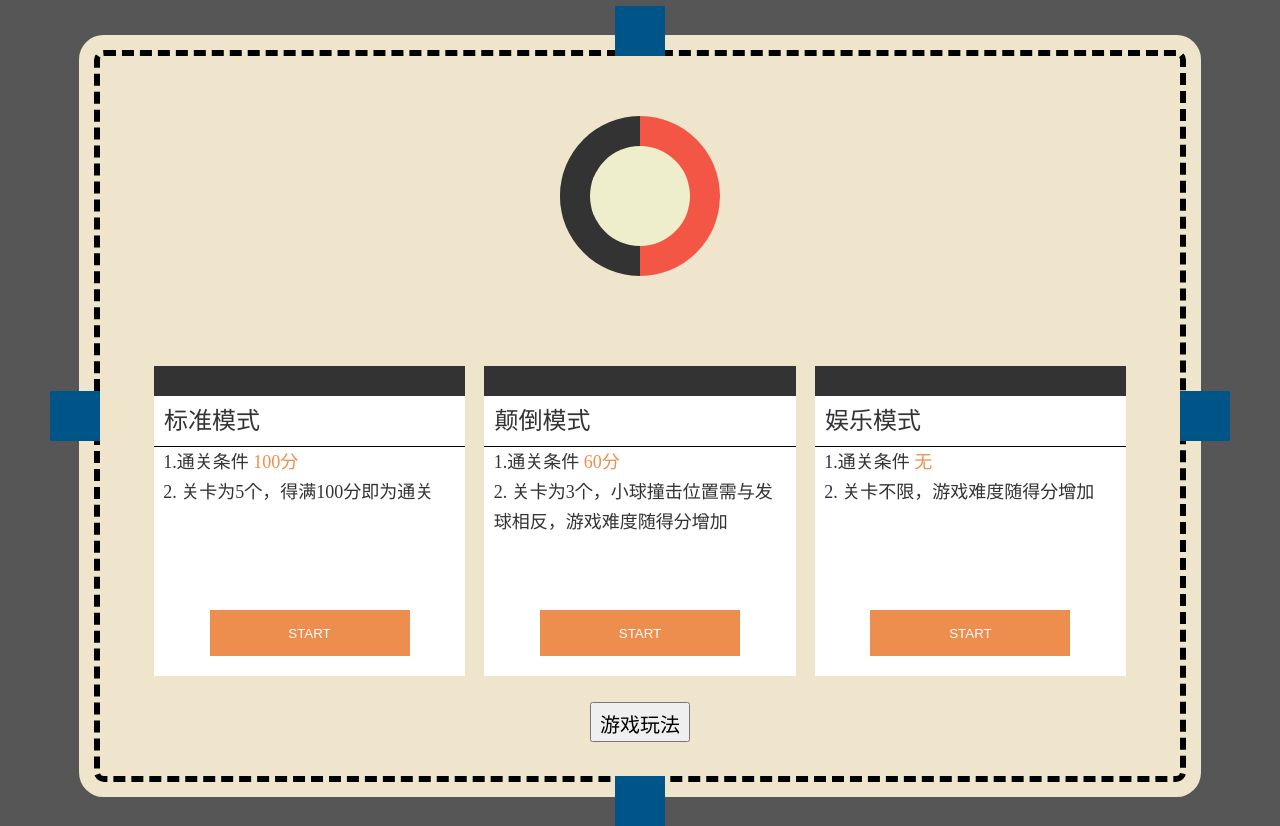
Repository: EEETA/ball-game
Page: theBall2/index.html
The author's editor kept a copy of each file at every save. The page is drawn from the files as they stood at one save, then again after the next save.
The browser window is 1280 px wide. The pictures show the whole page.

Above is the page before, as saved 2018-08-04 00:17:39.

### theBall2/index.html
<!DOCTYPE html>
<html lang="en">
<head>
    <meta charset="UTF-8">
    <title>theBall</title>
	<link rel="stylesheet" href="style/index.css">
    <script src="js/jquery-1.8.3.min.js"></script>
	<script src="js/jquery.rotate.min.js"></script>
</head>
<body>
    <section class="box">
        <!-- 旋转div -->
        <section class="ball ballZhuan">
            <div class="redPart_box">
                <div class="redPart"></div>
            </div>
            <div class="blackPart_box">
                <div class="blackPart"></div>
            </div>
            <div class="middlePart"></div>
        </section>
        <div class="ball2"></div>

        <section class="idx_pattern">
            <!-- 主界面-游戏模式 -->
        </section>
        <section class="idx_intro">
            <!-- 主界面-游戏玩法 -->
        </section>

        <section class="game_mask">
        <!-- 游戏界面-娱乐模式遮罩提示层 -->
        </section>
        <div class="arrow">
            <!-- 升级效果 -->
        </div>
        <section class="game_shootBox">
            <!-- 游戏界面-小球发射台 -->
        </section>
        <section class="game_fraction">
            <!-- 游戏界面-分数血量显示 -->
        </section>
        <section class="game_hanlder">
            <!-- 游戏界面-结束模块 -->
        </section>
    </div>

    <script src="data/data.js"></script>
    <script>
        const patternLen = pattern.length;
        const idxPattern = document.querySelector('.idx_pattern');
        const idxIntro = document.querySelector('.idx_intro');
        const gameShootBox = document.querySelector('.game_shootBox');
        const gameFraction = document.querySelector('.game_fraction');
        const gameHanlder = document.querySelector('.game_hanlder');
        const gameMask = document.querySelector('.game_mask');
        var my=[];
        /*主界面-游戏模式*/
        for(var i=0;i<patternLen;i++){
            let idxPatternMain=`<div class="playWrap">
                                    <div class="playTit"> ${pattern[i].patternName} </div>
                                    <div class="playIntroduce">
                                        <div class="playIntroduceTxt">1.通关条件 <span style="color:#EE8E4E"> ${pattern[i].explain.condition} </span></div>
                                        <div class="playIntroduceTxt">2. ${pattern[i].explain.produce} </div>
                                    </div>
                                    <button class="start">START</button>
                                </div>`
            idxPattern.innerHTML+=idxPatternMain;
        }
        /*主界面-游戏玩法*/
        let produceTxt=`<div class="introTxt">
                            <div>
                                1.按空格键/AD可旋转 <img src="img/img1.png" alt="" class="sizeOne">
                            </div>
                            <div>
                                2.当<img src="img/img2.png" alt="" class="sizeOne">掉落时,根据模式将 <img src="img/img1.png" alt="" class="sizeOne"> 旋转到对应的颜色即可得1分,反之<span style="color:red">HP-1</span>
                            </div>
                            <div>
                                3.进入游戏后，每个玩家血量为5,右上角为分数面板 <img src="img/img3.png" alt="" class="sizeTwo"> 左侧为当前分数,右侧为当前关卡上限,分数达到上限即可进入下一关
                            </div>
                        </div>
                        <button class="introTxtBtn">游戏玩法</button>`
        idxIntro.innerHTML=produceTxt;



        /*游戏界面-小球发射台*/
        let gameShootBoxMain=`  <div class="launcher launT">

                                </div>
                                <div class="launcher launB">

                                </div>
                                <div class="launcher launL">

                                </div>
                                <div class="launcher launR">

                                </div>`
        gameShootBox.innerHTML+=gameShootBoxMain;

        /*游戏界面-小球发射台*/
        // let gameShootBoxMain=`<div class="top div_middle">
        //                             <div class="div_middle"></div>
        //                         </div>
        //                         <div class="bottom div_middle">
        //                             <div class="div_middle"></div>
        //                         </div>
        //                         <div class="left div_middle">
        //                             <div class="div_middle"></div>
        //                         </div>
        //                         <div class="right div_middle">
        //                             <div class="div_middle"></div>
        //                         </div>`
        // gameShootBox.innerHTML+=gameShootBoxMain;


        /*游戏界面-分数血量显示*/
        let gameFractionMain=`<div class="life">HP:
                                    <div class="hp_div">
                                        <div class="hp_div_main"></div>
                                    </div>
                                </div>
                                <div class="fraction">
                                    <span class="fraction_left"></span>
                                    /
                                    <span class="fraction_right"></span>
                                </div>`
        gameFraction.innerHTML=gameFractionMain;
        /*游戏界面-结束模块*/
        let gameHanlderMain=`<div class="interface">
                                <div class="over">Game Over</div>
                                <div class="success">成功通关</div>
                            </div>
                            <div class="button_box">
                                <button class="button_left">再玩一次</button>
                                <button class="button_right">返回大厅</button>
                            </div>`
        gameHanlder.innerHTML=gameHanlderMain;
        /*游戏界面-娱乐模式遮罩提示层*/
        let gameMaskMain=`<div class="Mask_span">
                                <span>按A键向左转</span>
                                <span>按D键向右转</span>
                            </div>
                            <span class="Mask_p">- 按空格键继续 -</span>`
        gameMask.innerHTML=gameMaskMain;
    </script>
    <script src="js/index.js"></script>
    <script src="js/animation.js"></script>
</body>
</html>

### theBall2/style/index.css
@charset "UTF-8";
html{background: #565656;}
body{-webkit-user-select:none;-moz-user-select:none;-ms-user-select:none; user-select:none;}
input{border: none;outline: none;-webkit-tap-highlight-color: #000000;-webkit-tap-highlight-color: rgba(0, 0, 0, 0);}
button{outline: none;}

.box{
    position: relative;
    margin: 50px auto 0;
    /* overflow: hidden; */
    width: 1080px;
    height: 720px;
    background: #eee5cc;
    border: 6px dashed #000;
    box-shadow: 0 0 0 15px #eee5cc;
    border-radius: 10px;
}
/*两种小球制作*/
.ball{
    position: relative;
    width: 160px;
    height: 160px;
    margin:60px auto 0;
    /* transform:rotate(0deg);
    -ms-transform:rotate(0deg);
    -moz-transform:rotate(0deg);
    -webkit-transform:rotate(0deg);
    -o-transform:rotate(0deg); */
    opacity:1
}
.redPart_box,.blackPart_box{
    height: 50%;
    overflow:hidden;
}
.redPart,.blackPart{
    position: relative;
    height: 160px;
    width: 160px;
    border-radius:50%
}
.redPart{background: #f45646;}
.blackPart{background: #333;top:-100%}
/* .redPart{background: #ff9b9b;}
.blackPart{background: #2aa1a7;top:-100%} */
.middlePart{
    position: absolute;
    left: 30px;
    top: 30px;
    width: 100px;
    height:100px;
    border-radius: 50%;
    background:#eec;
}
.ballZhuan{
    animation-name:rotate;
    animation-iteration-count: infinite;
    animation-duration: 4s;
    animation-timing-function: linear;
}
@keyframes rotate{
    0%{
        transform:rotate(0deg)
    }
    100%{
         transform:rotate(360deg)
    }
}


.ball2{
    width: 0;
    height: 0;
    border-top:20px solid #f45646;
    border-bottom: 20px solid #333;
    border-left:20px solid #efa97a;
    border-right:20px solid #6dd3ce;
    border-width: 86px;
    position: absolute;
    top: calc(50% - 85px);
    left: calc(50% - 85px);
    opacity: 0;
    /* z-index: 10;
    transform:rotate(0deg); */
    border-radius: 50%;
}

/*小球发射*/
.launcher{
    position: absolute;
    margin: 0 auto;
    width: 50px;
    height: 50px;
    background: #058;
}
.launT{left: 0;right: 0;top: -50px;}
.launB{left: 0;right: 0;bottom: -50px;}
.launL{top: 50%;margin-top: -25px;left: -50px}
.launR{top: 50%;margin-top: -25px;right: -50px}
.launchBall{
    position: absolute;
    width: 100%;
    height:100%;
    background:#f45646;
    border-radius: 50%;
}


/*成功击中扩散动画*/
.ball_middle{
    height: 75px;
    width:75px;
    border-radius: 50%;
    background: #333;
    opacity:0.5;
    position: absolute;
    top: calc(50% - 37px);
    left:calc(50% - 37px);
}

.game_fraction{
    width: 100%;
    height: 80px;
    top:50px;
    position: absolute;
    display: none;
}
.life{width: 60%;height: 100%;display: inline-block;line-height: 80px;text-indent: 10px;color:#f00;}
.fraction{width: 30%;height: 100%;text-align: center;line-height: 80px;float: right;margin-right: 10px;font-size: 30px;}
.fraction span{color:#333;}
.firworks{width: 4px;height: 4px;position: absolute;border-radius: 50%}
.over,.success{position: absolute;top:43%;font-size: 60px;opacity:0;z-index: 30;width: 100%;text-align: center;}
.arrow{height: 300px;width: 500px;position: absolute;top: calc(50% - 150px);left: calc(50% - 250px);}
.arrow span{font-size: 30px;color: #333;position: absolute;left: calc(50% - 145px);top: 150px;opacity: 0;height: 100px;width: 300px;text-align: center;}
 .img{height:80px;width: 30px;position: absolute;}



.button_box{
    position: absolute;
    left:0;
    right:0;
    bottom:45px;
    margin:0 auto;
    width: 380px;
    display: none;
    opacity: 0;
}
.button_left,.button_right{
    height: 46px;
    width: 150px;
    background:#333;
    border-radius:3px;
    font-size: 24px;
    color:#fff;
    cursor:pointer;
    border:none;
}
.button_left:hover,.button_right:hover{background: #f45646;}
.button_left{float:left;}
.button_right{float:right;}


/************************************游戏玩法***********************************/
.introTxtBtn{
    position: absolute;
    bottom: 34px;
    font-size: 20px;
    cursor:pointer;
    z-index: 1000;
    left: calc(50% - 50px);
    height: 40px;
    width: 100px;
    text-align: center;
    line-height: 40px
}
.introTxtBtn:hover{
    background: #333;
    color: #fff;
}
.introTxt{
    width: 500px;
    height: 530px;
    left: calc(50% - 250px);
    top: calc(50% - 300px);
    line-height: 40px;
    background: #fff;
    border-radius: 5px;
    display: none;
    z-index: 1001;
    position: absolute;
}
.sizeOne,.sizeTwo{
    position:relative;
    top: 10px;
}
.sizeOne{width: 40px;}
.sizeTwo{width: 80px;}
.introTxt div{margin:30px auto;width: 90%;font-size: 24px}
.introTxt p{display: inline-block;}



.hp_div{display: inline-block;width: 180px;height: 40px;border:1px solid red;vertical-align:middle;border-radius: 4px;}
.hp_div_main{height: 100%;width: 100%;background: red;border-radius: 3px;}


.game_mask{
    display: none;
    position: absolute;
    width: 100%;
    height: 100%;
    top: 0;
    left: 0;
    background: rgba(51,51,51,.5);
    font-size: 30px;
    color: #fff;
    z-index: 1;
}
.Mask_span{
    position: absolute;
    top:calc(50% - 100px);
    opacity: 1;
    width: 100%;
    text-align: center;
    line-height: 100px;
}
.Mask_span span{
    display: block;
}
.Mask_p {
    position: absolute;
    bottom: 150px;
    width: 100%;
    text-align: center;
    font-size:40px;
    color: #000;
    animation-name:opacity;
    animation-iteration-count: infinite;
    animation-duration: 1.8s;
}
@keyframes opacity{
    0%{
        opacity:0
    }
    50%{
        opacity: 1
    }
    100%{
        opacity:0
    }
}


/*playFour*/
.idx_pattern{
    overflow:auto;
    position: relative;
    margin: 0 auto;
    width: 90%;
    margin-top: 90px;
}
.playWrap{
    overflow: hidden;
    position: relative;
    float:left;
    width: 32%;
    height: 280px;
    background:#fff;
    color:#333;
    border-top: 30px solid;
}
.playWrap:nth-child(2){margin: 0 2%;}
.playWrap:hover{
    background: rgba(255,255,255,.7)
}
.playTit{
    /* width: 100%; */
    border-bottom: 1px solid #000;
    font-size: 24px;
    line-height: 50px;
    text-indent: 10px;
}
.playIntroduce{
    font-size: 18px;
    text-align: left;
    line-height: 30px;
    margin: 0 auto;
    width: 94%;
}
.start{
    position:absolute;
    bottom:0;
    left:0;
    right:0;
    width: 200px;
    height: 46px;
    background: #EE8E4E;
    color: #fff;
    outline: none;
    margin: 0 auto 20px;
    cursor: pointer;
    border: none;
}
.start:hover{background: rgba(51,51,51,1)}

### theBall2/data/data.js

/*
patternName：模式名称
explain：游戏说明
condition：过关条件
produce：关卡介绍
tip：其他
*/
var pattern=[
    {
        patternName:'标准模式',
        explain:{
            condition:'100分',
            produce:'关卡为5个，得满100分即为通关',
            tip:''
        }
    },
    {
        patternName:'颠倒模式',
        explain:{
            condition:'60分',
            produce:'关卡为3个，小球撞击位置需与发球相反，游戏难度随得分增加',
            tip:''
        }
    },
    {
        patternName:'娱乐模式',
        explain:{
            condition:'无',
            produce:'关卡不限，游戏难度随得分增加',
            tip:''
        }
    }
]
var gameInit=[
    {
        hp:1,
        hp_box:10,
        fraction:0,
        toplimit:10,

    }
]
// var gameHanlder={
//     gameOver="Game Over",
//     gameSuccess="游戏通关",
// }

### theBall2/js/animation.js


// 抖动效果
jQuery.fn.shake = function (intShakes /*Amount of shakes*/, intDistance /*Shake distance*/, intDuration /*Time duration*/) {
    this.each(function () {
        var jqNode = $(this);
        jqNode.css({ position: 'relative' });
        for (var x = 1; x <= intShakes; x++) {
            jqNode.animate({ left: (intDistance * -1) }, (((intDuration / intShakes) / 4)))
            .animate({ left: intDistance }, ((intDuration / intShakes) / 2))
            .animate({ left: 0 }, (((intDuration / intShakes) / 4)));
        }
    });
    return this;
}

/*撞击成功*/
success=function(r,borderSpacing){
    switch_1=1;
    $('<div class="ball_middle" style="background-color:'+$(r).css('background-color')+';display:block"></div>').appendTo(ballShow);
    $('.ball_middle').animate({ borderSpacing:borderSpacing },{
            step:function(now){
                $(this).css('transform','scale('+now+','+now+')')
            },
            duration:200
        }
    );
    $('.ball_middle').animate({opacity:'0'},200,function(){
        this.remove();
    });
    $(r).remove();

    fractionNow++;
    $('.fraction_left').html(fractionNow);
}

fail=function(r){   //撞击失败
    switch_1=1;
    for(var i=0;i<20;i++){
        var firworks=$('<div class="firworks"></div>');
        var b=new boom(firworks,$(r).offset().left,$(r).offset().top,$(r).css('background-color'));
        b.move();
    }
    $(r).remove();
	hp--;
    fail_hp=hp*100/hp_box;
    $('.hp_div_main').animate({width:fail_hp+"%"},500);
}

boom=function(div,x,y,color){  //爆炸效果
        $('body').append(div);
        $(div).css({
            left:x+'px',
            top:y+'px',
            background:color
        });
        var speedX = (parseInt(Math.random()*2) == 0 ? 1 : -1)*parseInt(Math.random()*16 + 1);  //三目运算符随机移动方向，概率50%,为1时往正方向移动，负1时往反方向移动第二个随机数随机速度快慢
        var speedY = (parseInt(Math.random()*2) == 0 ? 1 : -1)*parseInt(Math.random()*20 + 1);

        this.move=function(){
            var i = 3;
            var time=setInterval(function(){
            i++;
            $(div).css({
                left:div[0].offsetLeft+speedX+'px',
                top:div[0].offsetTop+speedY+i+'px',
            })
            if(div[0].offsetLeft+div[0].offsetWidth>window.innerWidth|| div[0].offsetLeft<2 || div[0].offsetTop+div[0].offsetHeight>window.innerHeight || div[0].offsetTop<2 ){
                    div.remove();       //移动出可视区域记得删除div和清除定时器
                    clearInterval(time);
                }
            },1000/30)
        }
}

callarrow=function(arrow_html){  //初始化提升动画
    for(var i=0;i<10;i++){
        var a=new addarrow(i);
        a.move();
    }

    $('.arrow').append('<span>'+arrow_html+'</span>');
    $('.arrow span').animate({top:'0',opacity:1},600,function(){$(this).animate({opacity:0},800,function(){this.remove()})});

}

 addarrow=function(i){  //难度提升动画
        var leftnum=parseInt(Math.random()*500);
        var topnum=parseInt(Math.random()*400);
        var arrow=$(' <img src="img/Arrow.png" class="img">');
        var now=(Math.random()*1.1+0.75).toFixed(2);

        $('.arrow').append(arrow);
        $('.img')[i].style.cssText="top:"+topnum+"px;left:"+leftnum+"px;transform:scale("+now+","+now+")";

        this.move=function(i){
            $('.img').animate({top:'-100',opacity:'0'},700,function(){
                this.remove();
            });
        }
}
endarrow=function(innertHTML,time){
    $('.arrow').append('<span>'+innertHTML+'</span>');
    setTimeout(function(){$('.arrow span').animate({top:'0',opacity:1},1000,function(){$(this).animate({opacity:0},1500,function(){this.remove()})})},time);
}

rotate_transition=function(ball,ball2){
    $(ball).rotate({
            animateTo: 180,
            duration:300,
        }
    );
    $(ball).animate({opacity:'0'},600);
    $(ball2).animate({opacity:'1'},600);
    $(ball2).rotate({
            animateTo:-360,
            duration:600
    });
}

movejudge=function(r,rou,red,qing,black,num,numberMode){
    numbox=numList;
    if(numList>0){
        numbox=negative;
    }
    if($(r).css('background-color')=='rgb(239, 169, 122)' && numbox%360==rou){  //肉
        success(r,num);
    }else if($(r).css('background-color')=='rgb(244, 86, 70)' && numbox%360==red){  //红
        success(r,num);
    }else if($(r).css('background-color')=='rgb(109, 211, 206)' && numbox%360==qing){  //青
        success(r,num);
    }else if($(r).css('background-color')=='rgb(51, 51, 51)' && numbox%360==black){  //黑
        success(r,num);
    }else{fail(r)};

    appendball(numberMode);
    $(r).stop();
}

// Mask=function(){
//     $('.game_mask').fadeIn(300);
//     $('.Mask_p').fadeIn(800);
//     $('.Mask_span').fadeIn(800);
//     // $('.Mask_p').addClass('play');
// }


box_animation=function(height,width,speed){
    speed = speed||1000;
    $('.box').animate(
        {
            width:width+'px',
            height:height+'px',
        },
        {
            duration:speed,
        }
  	);
}

Loaded but not shown: theBall2/js/jquery-1.8.3.min.js (library); theBall2/js/jquery.rotate.min.js (library); theBall2/js/index.js (336 lines, source omitted)

After the next save:
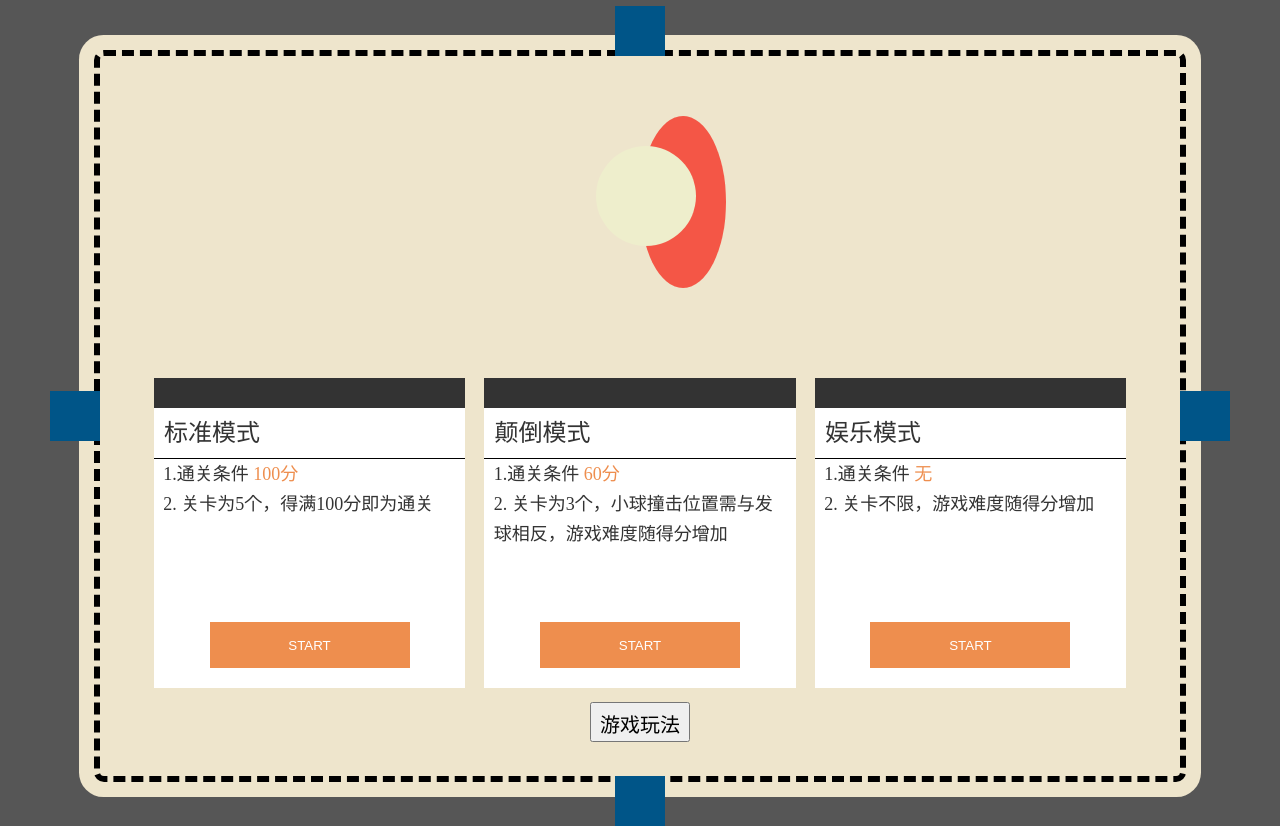
Saved 4 min 44 s later.
--- a/theBall2/style/index.css
+++ b/theBall2/style/index.css
@@ -18,8 +18,8 @@
 /*两种小球制作*/
 .ball{
     position: relative;
-    width: 160px;
-    height: 160px;
+    width: 172px;
+    height: 172px;
     margin:60px auto 0;
     /* transform:rotate(0deg);
     -ms-transform:rotate(0deg);
@@ -34,8 +34,8 @@
 }
 .redPart,.blackPart{
     position: relative;
-    height: 160px;
-    width: 160px;
+    height: 100%;
+    width: 100%;
     border-radius:50%
 }
 .redPart{background: #f45646;}
